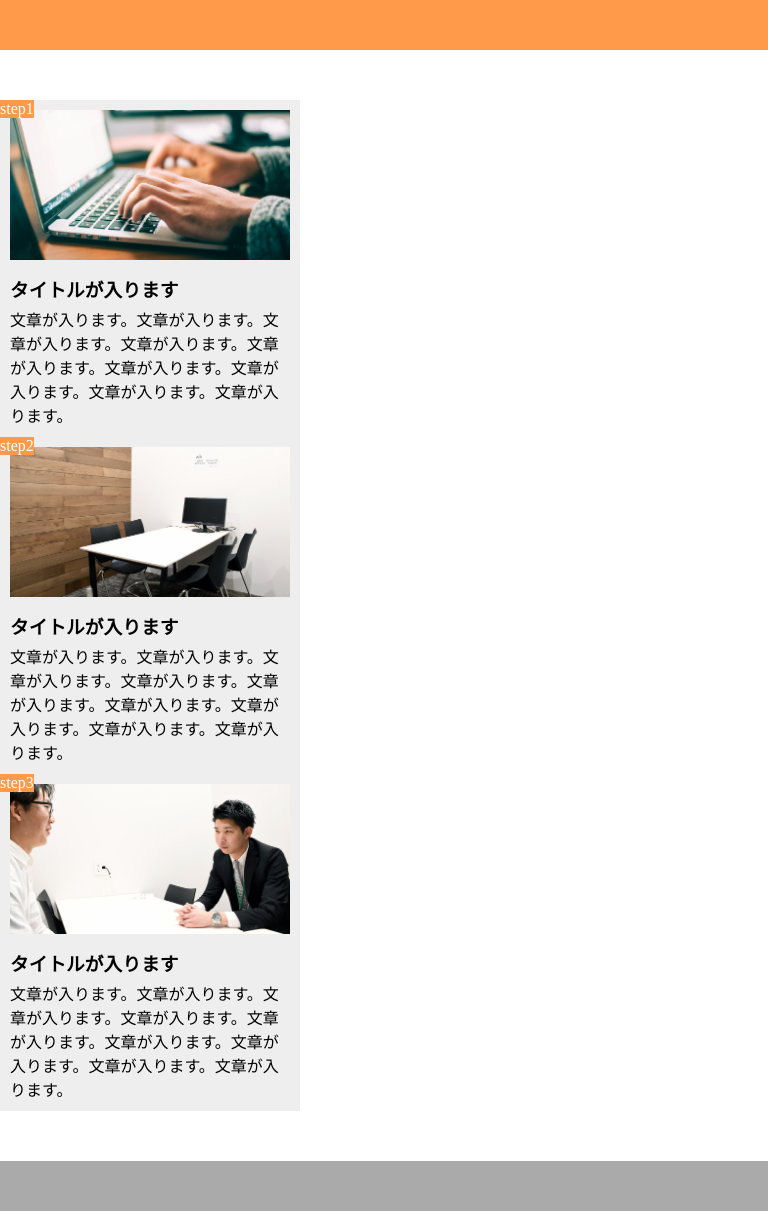
Repository: cyaomasa/java-
Page: chapter9/index9-2.html
The author's editor kept a record of every edit. The page is drawn from the files as they stood at one moment, then again after the next edit.
The browser window is 768 px wide. The pictures show the whole page.
Some web libraries are served in a nearby version.

Above is the page before.

### chapter9/index9-2.html
<!DOCTYPE html>
<html lang="ja">
  <head>
    <meta charset="UTF-8" />
    <meta name="viewport" content="width=device-width,initial-scale=1,0">

    <title>演習9</title>
    <script src="https://kit.fontawesome.com/7dea513659.js" crossorigin="anonymous"></script>
    <link rel="stylesheet" href="style9-2.css" />
  </head>

  <body>
    <header></header>
    <main>
      <div class="blog-item">
        <div class="blog-image1"></div>
          <span class="category">step1</span>
        <h3 class="title">タイトルが入ります</h3>
        <P>文章が入ります。文章が入ります。文章が入ります。文章が入ります。文章が入ります。文章が入ります。文章が入ります。文章が入ります。文章が入ります。</P>
      </div>

      <div class="blog-item">
        <div class="blog-image2"></div>
          <span class="category">step2</span>
        <h3 class="title">タイトルが入ります</h3>
        <P>文章が入ります。文章が入ります。文章が入ります。文章が入ります。文章が入ります。文章が入ります。文章が入ります。文章が入ります。文章が入ります。</P>
      </div>

      <div class="blog-item">
        <div class="blog-image3"></div>
          <span class="category">step3</span>
        <h3 class="title">タイトルが入ります</h3>
        <P>文章が入ります。文章が入ります。文章が入ります。文章が入ります。文章が入ります。文章が入ります。文章が入ります。文章が入ります。文章が入ります。</P>
      </div>
    </main>


    <footer></footer>
  </body>

### chapter9/style9-2.css
* {
  margin: 0;
  padding: 0;
  box-sizing: border-box;
}
header {
  height: 50px;
  background-color: #FF9A4B;
}

main {
  width: 960px;
  display: flex;
  margin: 50px auto;
}

.blog-item {
width: 300px;
padding: 10px;
margin-right: 30px;
background-color: #EEEEEE;
position: relative;
}

.blog-item:last-child {
  margin-right: 0;
}

.category {
  position: absolute;
  top: 0;
  left: 0;
  background-color: #FF9A4B;
  color: #FFFFFF;
}

.blog-image1 {
  background-image: url(img/flow01.png);
  height: 150px;
  background-position: bottom;
  background-size: cover;
}

.blog-image2 {
  background-image: url(img/flow02.png);
  height: 150px;
  background-position: bottom;
  background-size: cover;
}

.blog-image3 {
  background-image: url(img/flow03.png);
  height: 150px;
  background-position: bottom;
  background-size: cover;
}
.title {
  margin: 15px 0 5px;
}

footer {
  height: 50px;
  background-color: #AAAAAA;
}

@media screen and (max-width: 768px) {

header {
  width: 100%;
}

main {
  width: 100%;
  display: block;

}
}

After the next edit:
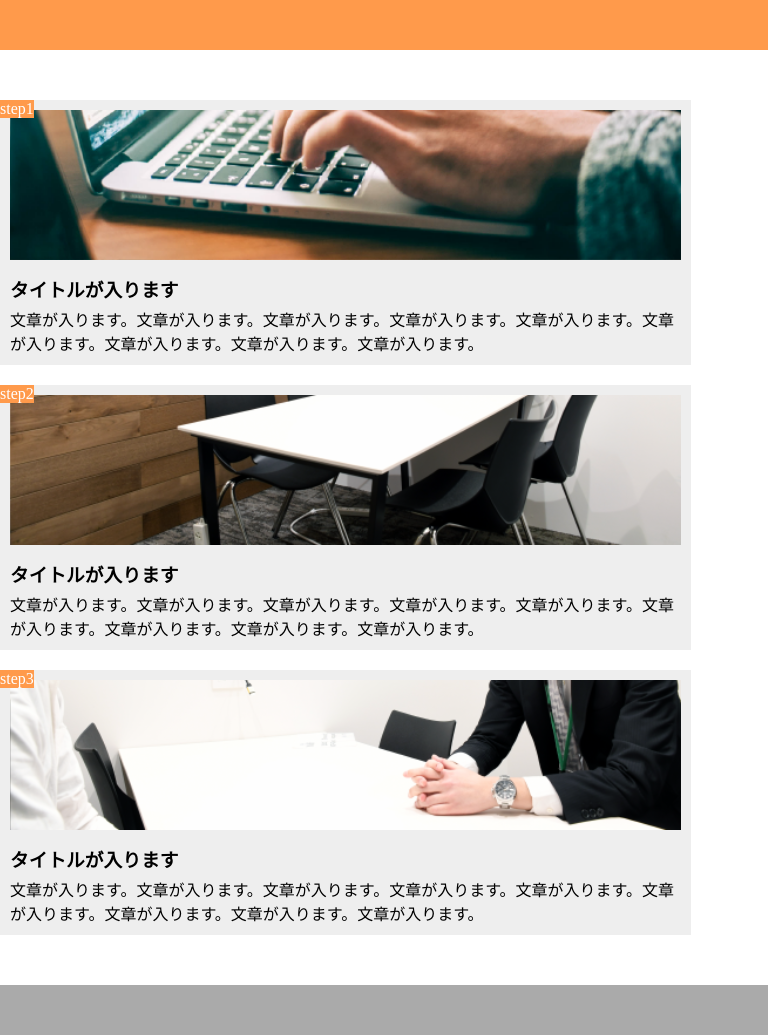
The edit:
--- a/chapter9/style9-2.css
+++ b/chapter9/style9-2.css
@@ -72,6 +72,15 @@
 main {
   width: 100%;
   display: block;
+}
+
+.blog-item {
+width: 90%;
+margin-bottom: 20px;
+}
+
+.blog-item:last-child {
+  margin-bottom: 0;
+}
 
 }
-}
